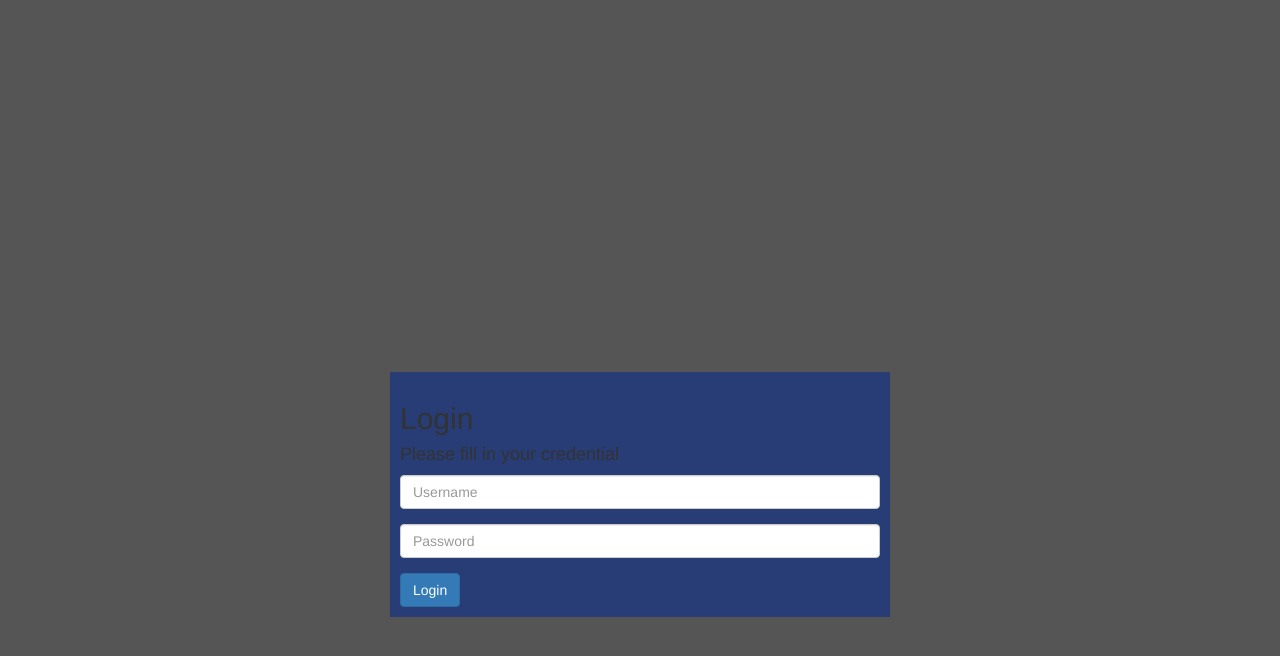
Repository: manjuladevadoss/DemoProject
Page: Eclipseworkspace/DemoTrans/html/login.html
The author's editor kept a copy of each file at every save. The page is drawn from the files as they stood at one save, then again after the next save.
The browser window is 1280 px wide. The pictures show the whole page.

Above is the page before, as saved 2019-02-20 09:17:45.

### Eclipseworkspace/DemoTrans/html/login.html
<!DOCTYPE html>
<html lang="en">
<head>
<meta charset="utf-8">
<meta http-equiv="X-UA-Compatible" content="IE=edge">
<meta name="viewport" content="width=device-width, initial-scale=1">

<link rel="stylesheet" href="https://maxcdn.bootstrapcdn.com/bootstrap/3.3.7/css/bootstrap.min.css">
<script src="https://ajax.googleapis.com/ajax/libs/jquery/1.12.4/jquery.min.js"></script>
<script src="https://maxcdn.bootstrapcdn.com/bootstrap/3.3.7/js/bootstrap.min.js"></script>
<style type="text/css">
    .bs-example{
    	margin: 20px;
    }
body {
  background: #555;
}

.content {
  max-width: 500px;
  margin: auto;
  background: #283D76;
  padding: 10px;
    margin-top: 30%;
}
h1 {
  color: white;
  font-family: Roboto, Helvetica, sans-serif;
}
h3 {
  color: white;
  font-family: Roboto, Helvetica, sans-serif;
}
</style>
</head>
<body>
<div class="bs-example">
    <form action="/examples/actions/confirmation.php" method="post">
    <div class="content">
    <h2>Login </h2>
    <h4>Please fill in your credential </h4>
        <div class="form-group">
            <input type="text" class="form-control" id="inputEmail" placeholder="Username" required>
        </div>
        <div class="form-group">
            <input type="password" class="form-control" id="inputPassword" placeholder="Password" required>
        </div>
        <!-- <div class="checkbox">
            <label><input type="checkbox"> Remember me</label>
        </div>
       -->
        <button type="submit" class="btn btn-primary">Login</button>
        </div>
    </form>
</div>
</body>
</html>

After the next save:
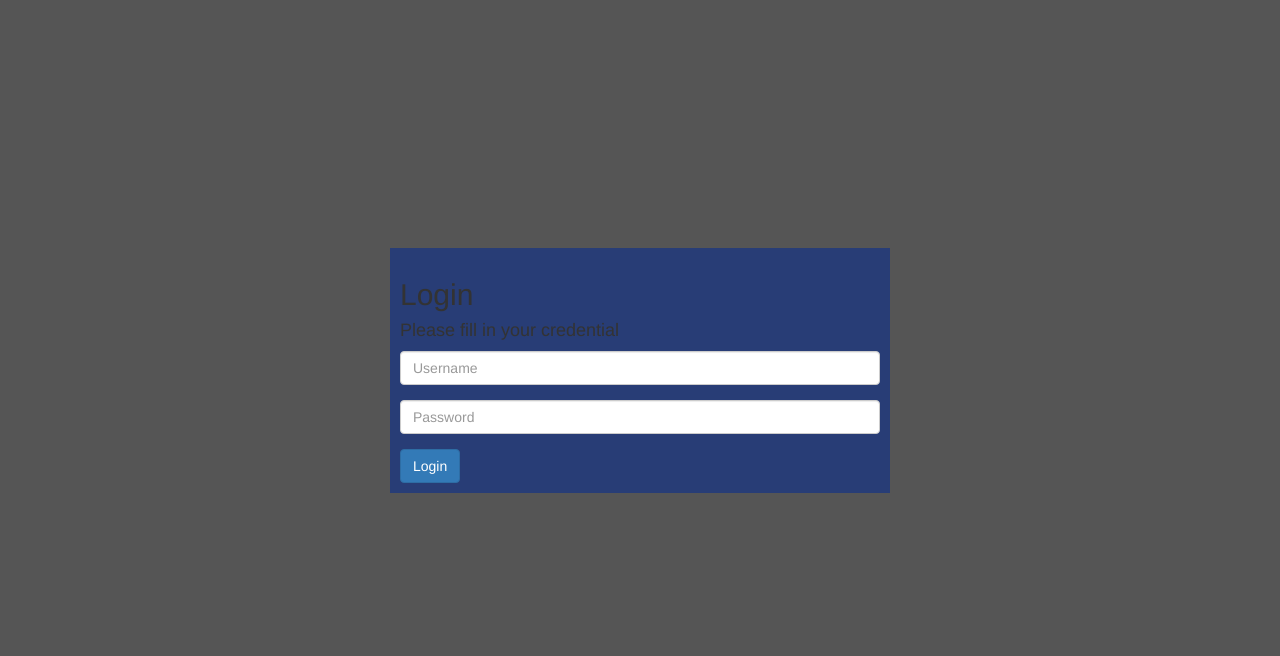
Saved 100 s later.
--- a/Eclipseworkspace/DemoTrans/html/login.html
+++ b/Eclipseworkspace/DemoTrans/html/login.html
@@ -21,7 +21,7 @@ body {
   margin: auto;
   background: #283D76;
   padding: 10px;
-    margin-top: 30%;
+  margin-top: 20%;
 }
 h1 {
   color: white;
@@ -31,6 +31,8 @@ h3 {
   color: white;
   font-family: Roboto, Helvetica, sans-serif;
 }
+
+
 </style>
 </head>
 <body>
